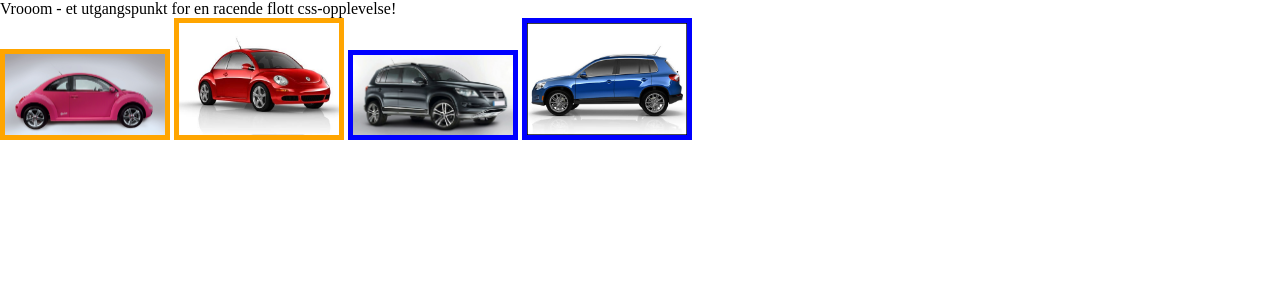
Repository: mesan/css-kurs
Page: kode/wroom/index.html
An editor plug-in stored every save of this project. The page is shown before and after the next save, followed by the edit.
The browser window is 1280 px wide. The pictures show the whole page.

Above is the page before, as saved 2013-01-17 11:18:39.

After the next save:
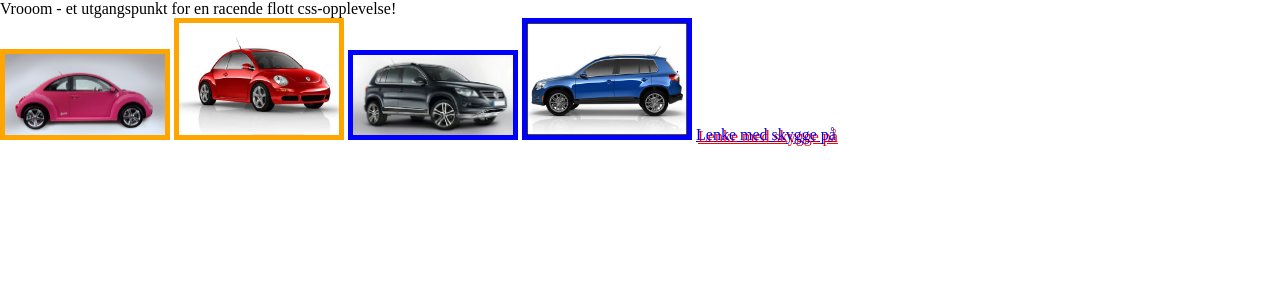
Saved 110 s later.
--- a/kode/wroom/index.html
+++ b/kode/wroom/index.html
@@ -28,6 +28,7 @@
 				<img src="images/volkswagen-tiguan-nero.jpg" />
 				<img src="images/volkswagen-tiguan.jpg" />
 
+				<a href="#">Lenke med skygge på</a>
 			</div>
 
 			<footer>
